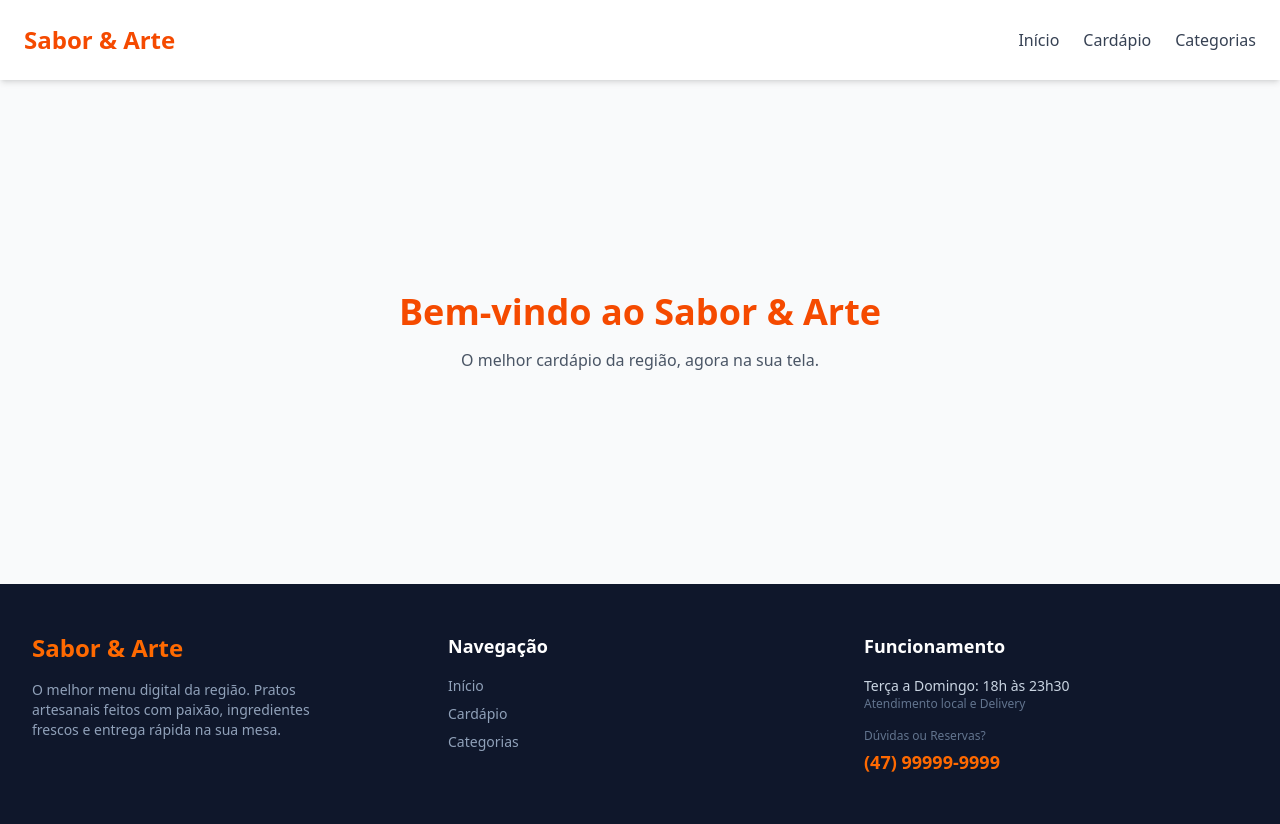
Repository: LuigiBLombardo/Next---Atividade
Page: / (app in sistema-cardapio/)
An editor plug-in stored every save of this project. The page is shown before and after the next save, followed by the edit.
The browser window is 1280 px wide. The pictures show the whole page.
The project was rebuilt for these pictures with package versions that can differ from the ones it lists, and the page was loaded fresh each time. The framework's server and built-in components were replaced by stand-ins that run in the browser. Also part of the build but not shown: sistema-cardapio/next.config.mjs.

Above is the page before, as saved 2026-09-04 20:46:39.

After the next save:
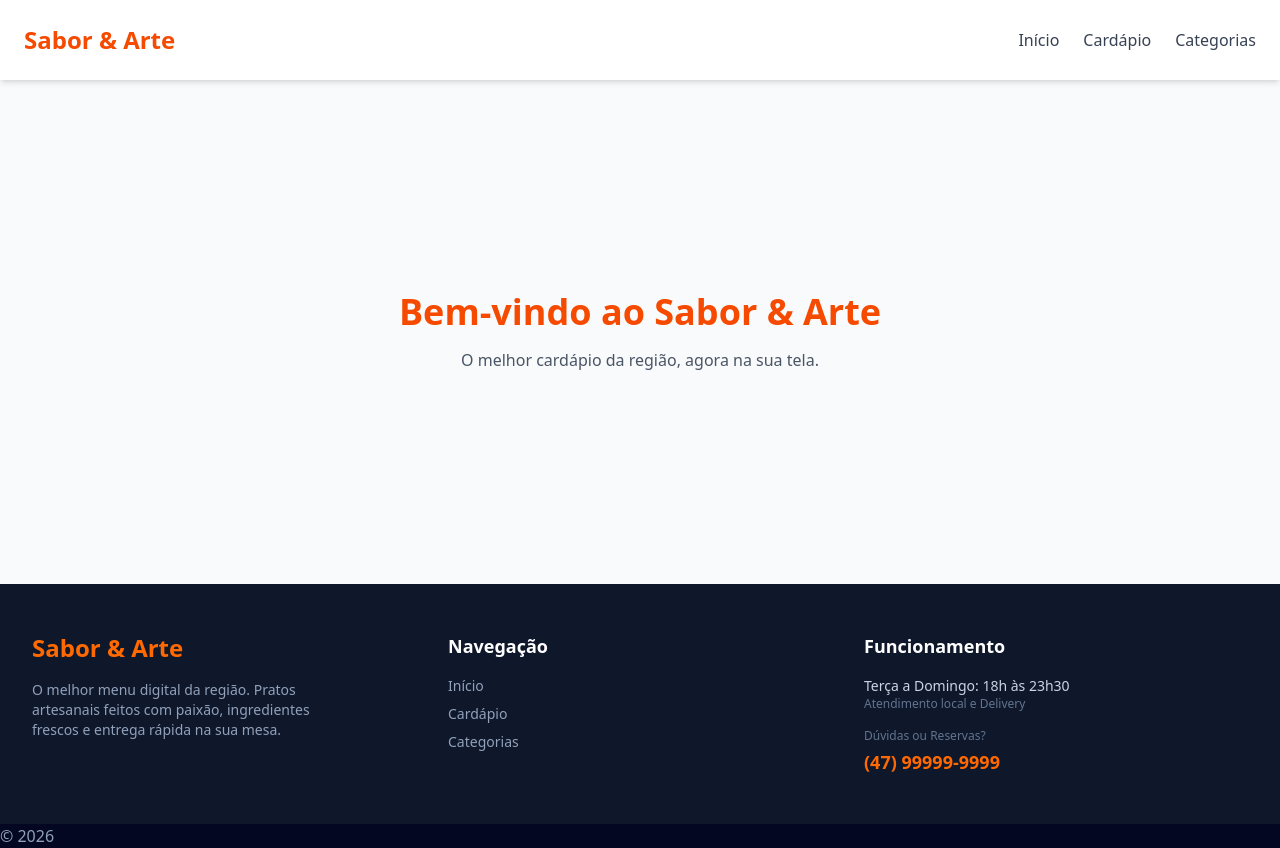
Saved 14 s later.
--- a/sistema-cardapio/src/components/Footer.js
+++ b/sistema-cardapio/src/components/Footer.js
@@ -51,7 +51,7 @@ export default function Footer(){
 
                 <div className="bg-[#030721]">
                     <p>
-
+                        © 2026
                     </p>
                 </div>
 
